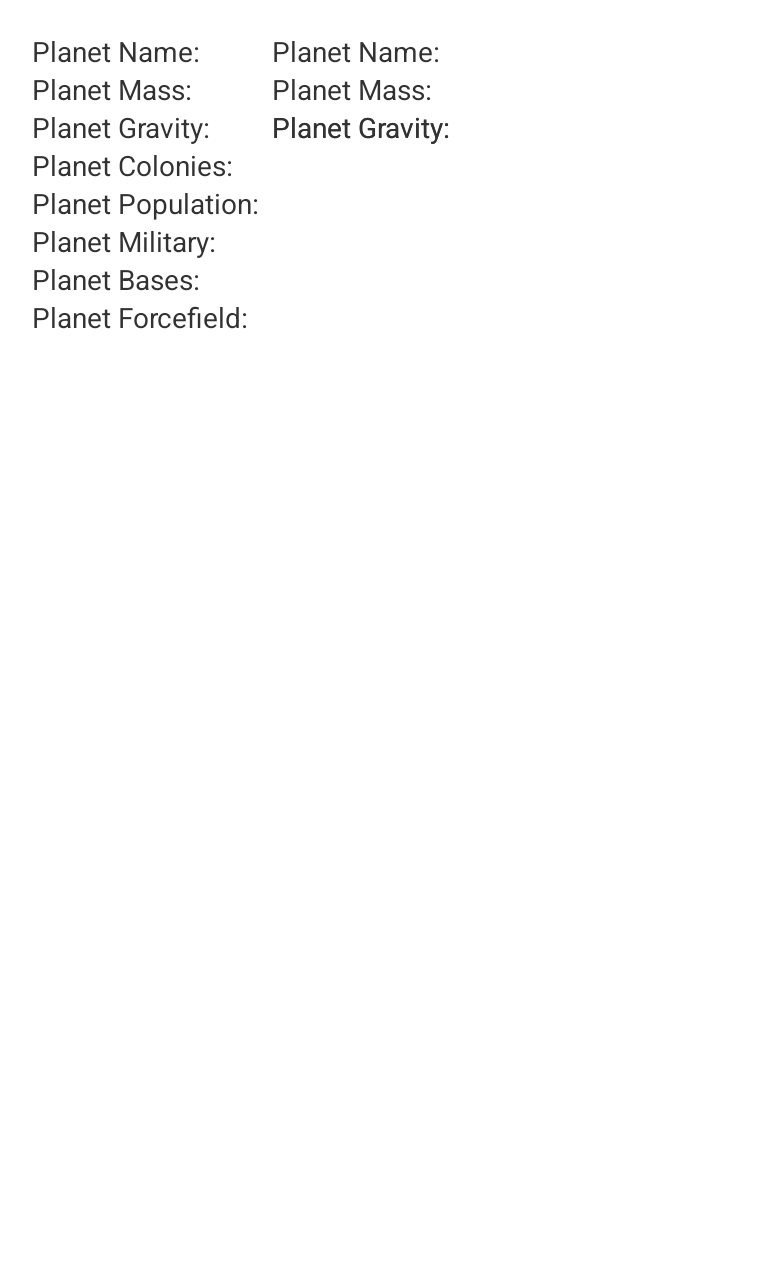
Repository: blender-head/android_basic
Layout: Hello_World/res/layout/activity_main.xml
These files come from the project's save history. The layout is drawn as it stood at one moment and after the next save; the edit follows.
It is drawn on a 768 x 1280 px phone screen (xhdpi) without system bars, with theme AppTheme; the app's code is not run. The app's manifest (not shown) leaves right-to-left support off. So textAlignment, textDirection and layoutDirection are ignored, and left and right values win over start and end ones.

Above is the layout before, as saved 2013-12-31 15:30:31.

### Hello_World/res/layout/activity_main.xml
<RelativeLayout xmlns:android="http://schemas.android.com/apk/res/android"
    xmlns:tools="http://schemas.android.com/tools"
    android:layout_width="match_parent"
    android:layout_height="match_parent"
    android:paddingBottom="@dimen/activity_vertical_margin"
    android:paddingLeft="@dimen/activity_horizontal_margin"
    android:paddingRight="@dimen/activity_horizontal_margin"
    android:paddingTop="@dimen/activity_vertical_margin"
    tools:context=".MainActivity" >

	<TextView
        android:id="@+id/textView1"
        android:layout_width="wrap_content"
        android:layout_height="wrap_content"
        android:text="@string/planet_name_label" />

	<TextView
        android:id="@+id/dataView1"
        android:layout_toRightOf="@+id/textView1"
        android:layout_marginLeft="36dip"
        android:layout_width="wrap_content"
        android:layout_height="wrap_content"
        android:text="@string/planet_name_label" />

	<TextView
        android:id="@+id/textView2"
        android:layout_below="@+id/textView1"
        android:layout_width="wrap_content"
        android:layout_height="wrap_content"
        android:text="@string/planet_mass_label" />

	<TextView
        android:id="@+id/dataView2"
        android:layout_toRightOf="@+id/textView2"
        android:layout_alignStart="@+id/dataView1"
        android:layout_below="@+id/dataView1"
        android:layout_width="wrap_content"
        android:layout_height="wrap_content"
        android:text="@string/planet_mass_label" />

	<TextView
        android:id="@+id/textView3"
        android:layout_below="@+id/textView2"
        android:layout_width="wrap_content"
        android:layout_height="wrap_content"
        android:text="@string/planet_gravity_label" />

	<TextView
        android:id="@+id/dataView3"
        android:layout_toRightOf="@+id/textView3"
        android:layout_alignStart="@+id/dataView2"
        android:layout_below="@+id/dataView2"
        android:layout_width="wrap_content"
        android:layout_height="wrap_content"
        android:text="@string/planet_gravity_label" />

	<TextView
        android:id="@+id/textView4"
        android:layout_below="@+id/textView3"
        android:layout_width="wrap_content"
        android:layout_height="wrap_content"
        android:text="@string/planet_colonies_label" />

	<TextView
        android:id="@+id/dataView3"
        android:layout_toRightOf="@+id/textView3"
        android:layout_alignStart="@+id/dataView2"
        android:layout_below="@+id/dataView2"
        android:layout_width="wrap_content"
        android:layout_height="wrap_content"
        android:text="@string/planet_gravity_label" />

	<TextView
        android:id="@+id/textView5"
        android:layout_below="@+id/textView4"
        android:layout_width="wrap_content"
        android:layout_height="wrap_content"
        android:text="@string/planet_population_label" />

	<TextView
        android:id="@+id/textView6"
        android:layout_below="@+id/textView5"
        android:layout_width="wrap_content"
        android:layout_height="wrap_content"
        android:text="@string/planet_military_label" />

	<TextView
        android:id="@+id/textView7"
        android:layout_below="@+id/textView6"
        android:layout_width="wrap_content"
        android:layout_height="wrap_content"
        android:text="@string/planet_bases_label" />

	<TextView
        android:id="@+id/textView8"
        android:layout_below="@+id/textView7"
        android:layout_width="wrap_content"
        android:layout_height="wrap_content"
        android:text="@string/planet_forcefield_label" />

</RelativeLayout>

### Hello_World/res/values/strings.xml
<?xml version="1.0" encoding="utf-8"?>
<resources>

    <string name="app_name">Hello_World</string>
    <string name="action_settings">Settings</string>
    <string name="hello_world">Hello world!</string>

    <string name="planet_name_label">Planet Name: </string>
	<string name="planet_mass_label">Planet Mass: </string>
	<string name="planet_gravity_label">Planet Gravity: </string>
	<string name="planet_colonies_label">Planet Colonies: </string>
	<string name="planet_population_label">Planet Population: </string>
	<string name="planet_military_label">Planet Military: </string>
	<string name="planet_bases_label">Planet Bases: </string>
	<string name="planet_forcefield_label">Planet Forcefield: </string>

</resources>

Loaded but not shown: Hello_World/res/values/styles.xml (common file); Hello_World/res/values-v11/styles.xml (common file); Hello_World/res/values-v14/styles.xml (common file); Hello_World/res/values/dimens.xml (common file)

After the next save:
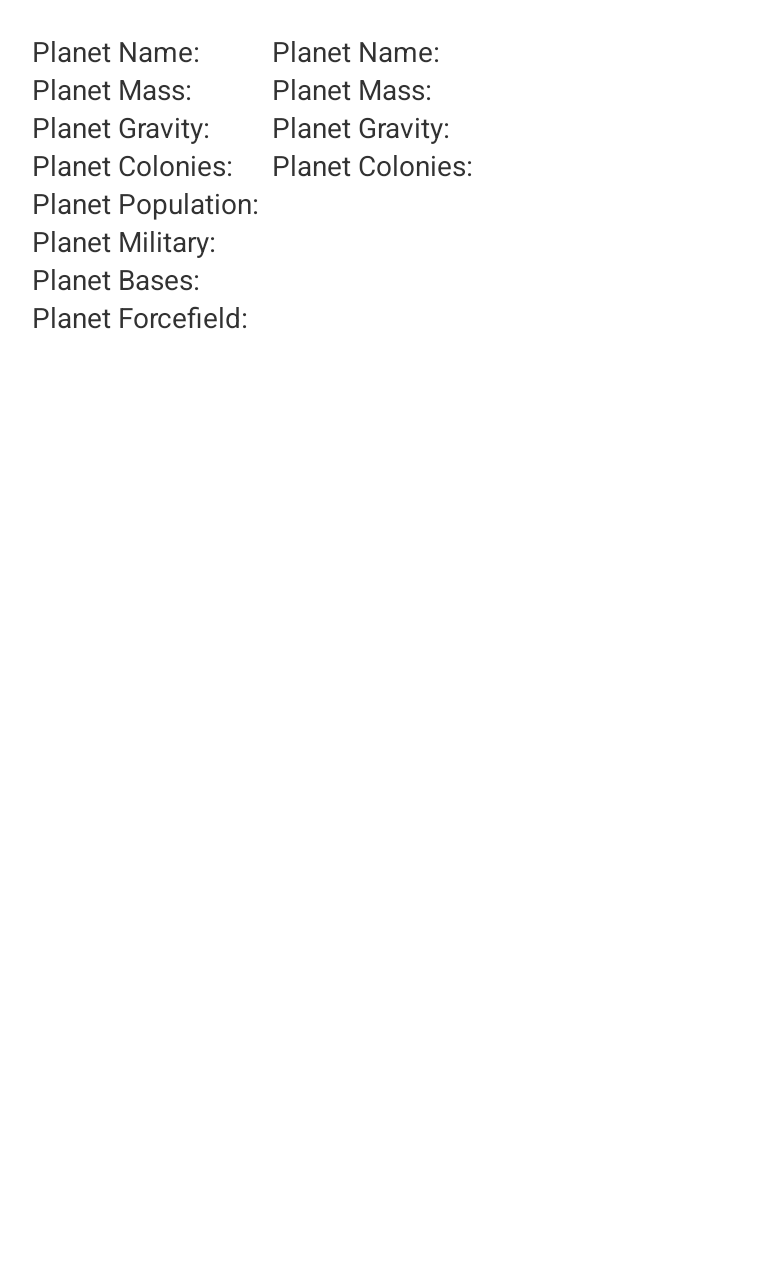
Saved 14 s later.
--- a/Hello_World/res/layout/activity_main.xml
+++ b/Hello_World/res/layout/activity_main.xml
@@ -62,13 +62,13 @@
         android:text="@string/planet_colonies_label" />
 
 	<TextView
-        android:id="@+id/dataView3"
-        android:layout_toRightOf="@+id/textView3"
-        android:layout_alignStart="@+id/dataView2"
-        android:layout_below="@+id/dataView2"
+        android:id="@+id/dataView4"
+        android:layout_toRightOf="@+id/textView4"
+        android:layout_alignStart="@+id/dataView3"
+        android:layout_below="@+id/dataView3"
         android:layout_width="wrap_content"
         android:layout_height="wrap_content"
-        android:text="@string/planet_gravity_label" />
+        android:text="@string/planet_colonies_label" />
 
 	<TextView
         android:id="@+id/textView5"
